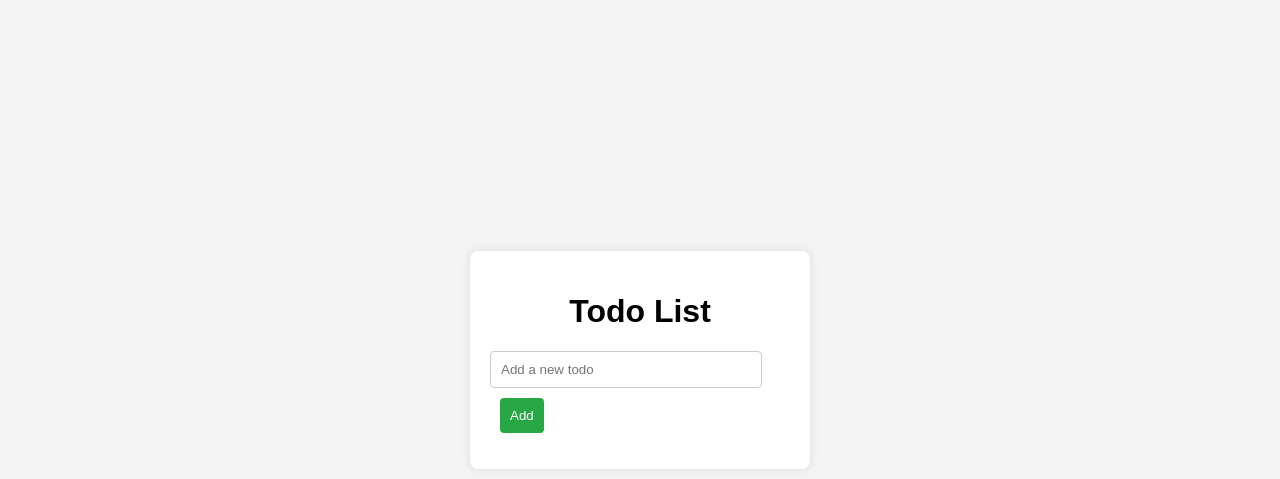
Repository: bianphang/todo-list_vanilla-js
Page: index.html
These files come from the project's save history. The page is drawn as it stood at one moment and after the next save; the edit follows.
The browser window is 1280 px wide. The pictures show the whole page.

Above is the page before, as saved 2024-06-09 12:45:34.

### index.html
<!DOCTYPE html>
<html lang="en">
  <head>
    <meta charset="UTF-8" />
    <meta name="viewport" content="width=device-width, initial-scale=1.0" />
    <title>Todo List</title>
    <link rel="stylesheet" href="styles.css" />
  </head>
  <body>
    <div class="container">
      <h1>Todo List</h1>
      <input type="text" id="todo-input" placeholder="Add a new todo" />
      <button id="add-btn">Add</button>
      <ul id="todo-list"></ul>
    </div>
    <script src="script.js"></script>
  </body>
</html>

### styles.css
body {
  font-family: Arial, sans-serif;
  display: flex;
  justify-content: center;
  align-items: center;
  height: 100vh;
  margin: 0;
  background-color: #f4f4f4;
}

.container {
  background: white;
  padding: 20px;
  border-radius: 8px;
  box-shadow: 0 0 10px rgba(0, 0, 0, 0.1);
  width: 300px;
}

h1 {
  text-align: center;
}

input[type='text'] {
  width: calc(100% - 50px);
  padding: 10px;
  margin-bottom: 10px;
  border: 1px solid #ccc;
  border-radius: 4px;
}

button {
  padding: 10px;
  border: none;
  background-color: #28a745;
  color: white;
  cursor: pointer;
  border-radius: 4px;
  margin-left: 10px;
}

button:disabled {
  background-color: #ccc;
}

ul {
  list-style: none;
  padding: 0;
}

li {
  display: flex;
  justify-content: space-between;
  padding: 10px;
  border-bottom: 1px solid #ccc;
}

li.done {
  text-decoration: line-through;
  color: #777;
}

li button {
  margin-left: 5px;
  background-color: #007bff;
}

li button.delete {
  background-color: #dc3545;
}

li button.done {
  background-color: #28a745;
}

### script.js
document.getElementById('add-btn').addEventListener('click', addTodo);

function addTodo() {
  const todoInput = document.getElementById('todo-input');
  const todoText = todoInput.value.trim();

  if (todoText === '') return;

  const todoList = document.getElementById('todo-list');

  const listItem = document.createElement('li');

  const span = document.createElement('span');
  span.textContent = todoText;
  listItem.appendChild(span);

  const updateBtn = document.createElement('button');
  updateBtn.textContent = 'Update';
  updateBtn.className = 'update';
  updateBtn.addEventListener('click', () => updateTodo(span));
  listItem.appendChild(updateBtn);

  const doneBtn = document.createElement('button');
  doneBtn.textContent = 'Done';
  doneBtn.className = 'done';
  doneBtn.addEventListener('click', () => doneTodo(listItem));
  listItem.appendChild(doneBtn);

  const deleteBtn = document.createElement('button');
  deleteBtn.textContent = 'Delete';
  deleteBtn.className = 'delete';
  deleteBtn.addEventListener('click', () => deleteTodo(listItem));
  listItem.appendChild(deleteBtn);

  todoList.appendChild(listItem);
  todoInput.value = '';
}

function updateTodo(span) {
  const newTodoText = prompt('Update the todo:', span.textContent);
  if (newTodoText !== null) {
    span.textContent = newTodoText.trim();
  }
}

function doneTodo(listItem) {
  listItem.classList.toggle('done');
}

function deleteTodo(listItem) {
  listItem.remove();
}

After the next save:
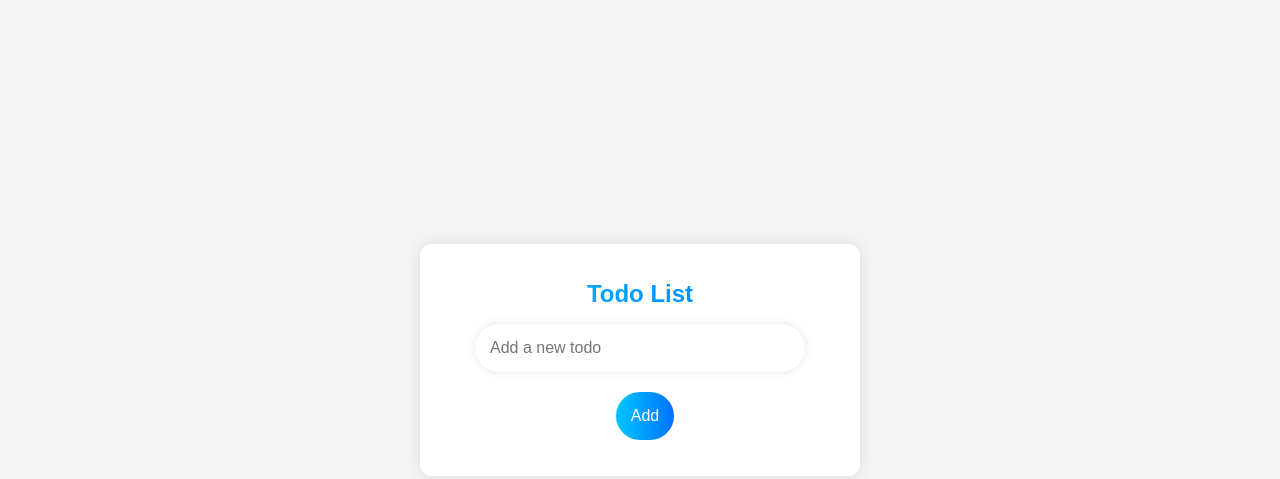
Saved 1 s later.
--- a/styles.css
+++ b/styles.css
@@ -11,63 +11,91 @@ body {
 .container {
   background: white;
   padding: 20px;
-  border-radius: 8px;
-  box-shadow: 0 0 10px rgba(0, 0, 0, 0.1);
-  width: 300px;
+  border-radius: 12px;
+  box-shadow: 0 0 15px rgba(0, 0, 0, 0.1);
+  width: 400px;
+  text-align: center;
+
+  h1 {
+    font-size: 24px;
+    background: linear-gradient(to right, #00c6ff, #0072ff);
+    -webkit-background-clip: text;
+    -webkit-text-fill-color: transparent;
+  }
+
+  input[type='text'] {
+    width: calc(100% - 100px);
+    padding: 15px;
+    margin-bottom: 20px;
+    border: none;
+    border-radius: 25px;
+    box-shadow: 0 0 10px rgba(0, 0, 0, 0.1);
+    font-size: 16px;
+  }
+
+  #add-btn {
+    padding: 15px;
+    border: none;
+    background: linear-gradient(to right, #00c6ff, #0072ff);
+    color: white;
+    cursor: pointer;
+    border-radius: 25px;
+    margin-left: 10px;
+    font-size: 16px;
+    transition: background-color 0.3s;
+
+    &:hover {
+      background: linear-gradient(to right, #0072ff, #00c6ff);
+    }
+  }
+
+  ul {
+    list-style: none;
+    padding: 0;
+
+    li {
+      display: flex;
+      justify-content: space-between;
+      align-items: center;
+      padding: 15px;
+      margin-bottom: 10px;
+      border: 1px solid #ccc;
+      border-radius: 10px;
+      background: #f9f9f9;
+      box-shadow: 0 0 10px rgba(0, 0, 0, 0.05);
+
+      &.done {
+        text-decoration: line-through;
+        color: #777;
+      }
+
+      button {
+        background: transparent;
+        border: none;
+        cursor: pointer;
+        font-size: 18px;
+
+        &.delete {
+          color: #dc3545;
+          &:hover {
+            color: #c82333;
+          }
+        }
+
+        &.update {
+          color: #ff9800;
+          &:hover {
+            color: #ff5722;
+          }
+        }
+
+        &.done {
+          color: #28a745;
+          &:hover {
+            color: #218838;
+          }
+        }
+      }
+    }
+  }
 }
-
-h1 {
-  text-align: center;
-}
-
-input[type='text'] {
-  width: calc(100% - 50px);
-  padding: 10px;
-  margin-bottom: 10px;
-  border: 1px solid #ccc;
-  border-radius: 4px;
-}
-
-button {
-  padding: 10px;
-  border: none;
-  background-color: #28a745;
-  color: white;
-  cursor: pointer;
-  border-radius: 4px;
-  margin-left: 10px;
-}
-
-button:disabled {
-  background-color: #ccc;
-}
-
-ul {
-  list-style: none;
-  padding: 0;
-}
-
-li {
-  display: flex;
-  justify-content: space-between;
-  padding: 10px;
-  border-bottom: 1px solid #ccc;
-}
-
-li.done {
-  text-decoration: line-through;
-  color: #777;
-}
-
-li button {
-  margin-left: 5px;
-  background-color: #007bff;
-}
-
-li button.delete {
-  background-color: #dc3545;
-}
-
-li button.done {
-  background-color: #28a745;
-}
